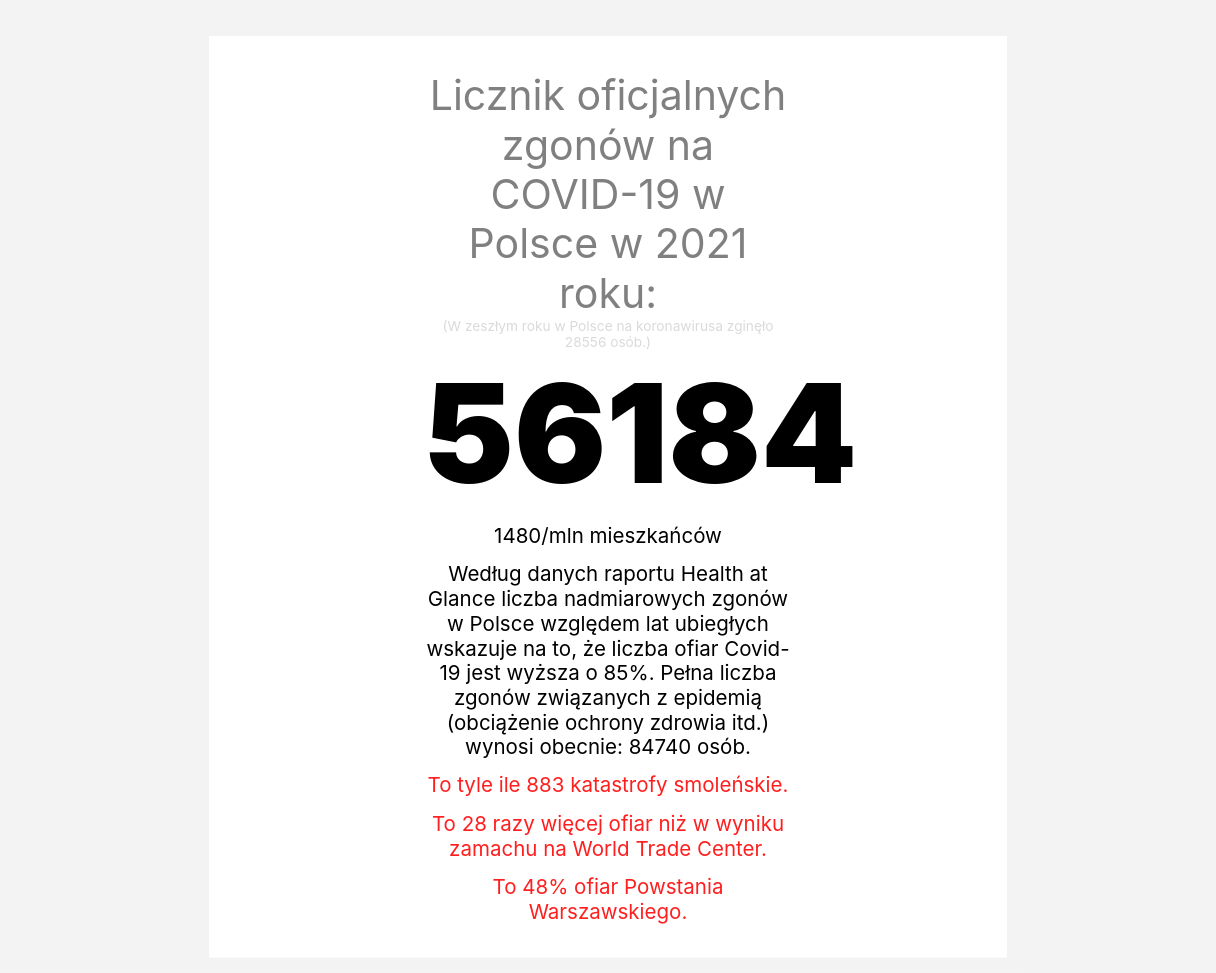
Repository: michalgornicki/poland-covid
Page: /
An editor plug-in stored every save of this project. The page is shown before and after a run of saves, followed by the edit.
The browser window is 1280 px wide. The pictures show the whole page, at 95% of full size.
The project was rebuilt for these pictures with package versions that can differ from the ones it lists, and the page was loaded fresh each time.

Above is the page before, as saved 2021-12-04 21:11:57.

### src/App.jsx
import React, { useEffect } from "react";
import "./App.css";

function App() {
  const startTime = () => {
    const date = new Date();
    let miliseconds = date.getTime();
    let seconds = Math.round(miliseconds / 1000);
    let thisYearSeconds = Math.round(seconds - 1609401600);
    let deaths = Math.round(thisYearSeconds * 0.00192110763);
    let allDeaths = deaths + 28556;
    let excessDeaths = allDeaths*1.85;
    let smolensk = Math.round(allDeaths / 96);
    let tradeCenter = Math.round(allDeaths / 2977);
    let uprising = (allDeaths / 175000).toFixed(2) * 100;


    document.getElementsByClassName("counter")[0].innerHTML = deaths;
    let deathsPerMillion = Math.round(deaths / 37.95);
    document.getElementsByClassName("counter-2")[0].innerHTML =
      deathsPerMillion + "/mln mieszkańców";
    document.getElementsByClassName("counter-3")[0].innerHTML =
      "Łącznie na Covid-19 zginęło w Polsce już " + (deaths + 28556) + " osób.";
      document.getElementsByClassName("counter-3")[0].innerHTML =
      "Według danych raportu Health at Glance liczba nadmiarowych zgonów w Polsce względem lat ubiegłych wskazuje na to, że liczba ofiar Covid-19 jest wyższa o 85%. Pełna liczba zgonów związanych z epidemią (obciążenie ochrony zdrowia itd.) wynosi obecnie: " + (deaths + 28556) + " osób.";
    document.getElementsByClassName("counter-4")[0].innerHTML =
      "To tyle ile " + smolensk + " katastrofy smoleńskie.";
      document.getElementsByClassName("counter-4")[1].innerHTML =
      "To " + tradeCenter + " razy więcej ofiar niż w wyniku zamachu na World Trade Center.";
      document.getElementsByClassName("counter-4")[2].innerHTML =
      "To " + uprising + "% ofiar Powstania Warszawskiego.";

    setTimeout(startTime, 1000);
  };

  useEffect(() => {
    startTime();
  });

  return (
    <p>
      <div className="text-container">
        <div className="header">
          Licznik oficjalnych zgonów na COVID-19 w Polsce w 2021 roku:
        </div>
        <div className="header-2">
          (W zeszłym roku w Polsce na koronawirusa zginęło 28556 osób.)
        </div>
        <div className="counter">{""}</div>
        <div className="counter-2">{""}</div>
        <div className="counter-3"></div>
        <div className="counter-4"></div>
        <div className="counter-4"></div>
        <div className="counter-4"></div>
      </div>
    </p>
  );
}

export default App;

### src/App.css
body{
    background-color: rgb(243, 243, 243);
}

.text-container{
    display: block;
    margin: auto;
    margin-top: 3%;
    background-color: white;
    width: 60%;
    padding: 5vmin;
}

.header{
    font-size: 6vmin;
    display: block;
    margin: auto;
    width: 50%;
    text-align: center;
    color: gray;
}

.header-2{
    font-size: 2vmin;
    display: block;
    margin: auto;
    width: 50%;
    text-align: center;
    color: rgb(218, 218, 218);
}

.counter{
    font-size: 20vmin;
    font-weight: 900;
    display: block;
    margin: auto;
    width: 50%;
    text-align: center;
    color: rgb(0, 0, 0);
}

.counter-2{
    font-size: 3vmin;
    display: block;
    margin: auto;
    margin-top: 1vmin;
    width: 50%;
    text-align: center;
}

.counter-3{
    font-size: 3vmin;
    display: block;
    margin: auto;
    margin-top: 2vmin;
    width: 50%;
    text-align: center;
    color: rgb(0, 0, 0);
}

.counter-4{
    font-size: 3vmin;
    display: block;
    margin: auto;
    margin-top: 2vmin;
    width: 50%;
    text-align: center;
    color: rgb(255, 31, 31);
}

@media only screen and (max-width: 800px) {

    .text-container{
        display: block;
        margin: auto;
        margin-top: 3%;
        background-color: white;
        width: 90%;
        padding: 5vmin;
    }

    .header{
        font-size: 9vmin;
        display: block;
        margin: auto;
        width: 100%;
        text-align: center;
        color: gray;
    }

    .header-2{
        font-size: 5vmin;
        display: block;
        margin: auto;
        width: 100%;
        text-align: center;
        color: rgb(218, 218, 218);
    }

    .counter{
        font-size: 28vmin;
        font-weight: 900;
        display: block;
        margin: auto;
        width: fit-content;
        text-align: center;
        color: rgb(0, 0, 0);
    }

    .counter-2{
        font-size: 6vmin;
        display: block;
        margin: auto;
        margin-top: 1vmin;
        width: fit-content;
        text-align: center;
    }

    .counter-3{
        font-size: 6vmin;
        display: block;
        margin: auto;
        margin-top: 2vmin;
        width: fit-content;
        text-align: center;
        color: rgb(0, 0, 0);
    }

    .counter-4{
        font-size: 6vmin;
        display: block;
        margin: auto;
        margin-top: 10vmin;
        width: fit-content;
        text-align: center;
        color: rgb(255, 31, 31);
    }
}

Loaded but not shown: public/index.html (common file); src/index.js (common file); src/index.css (common file); src/reportWebVitals.js (common file)

After the next 2 saves:
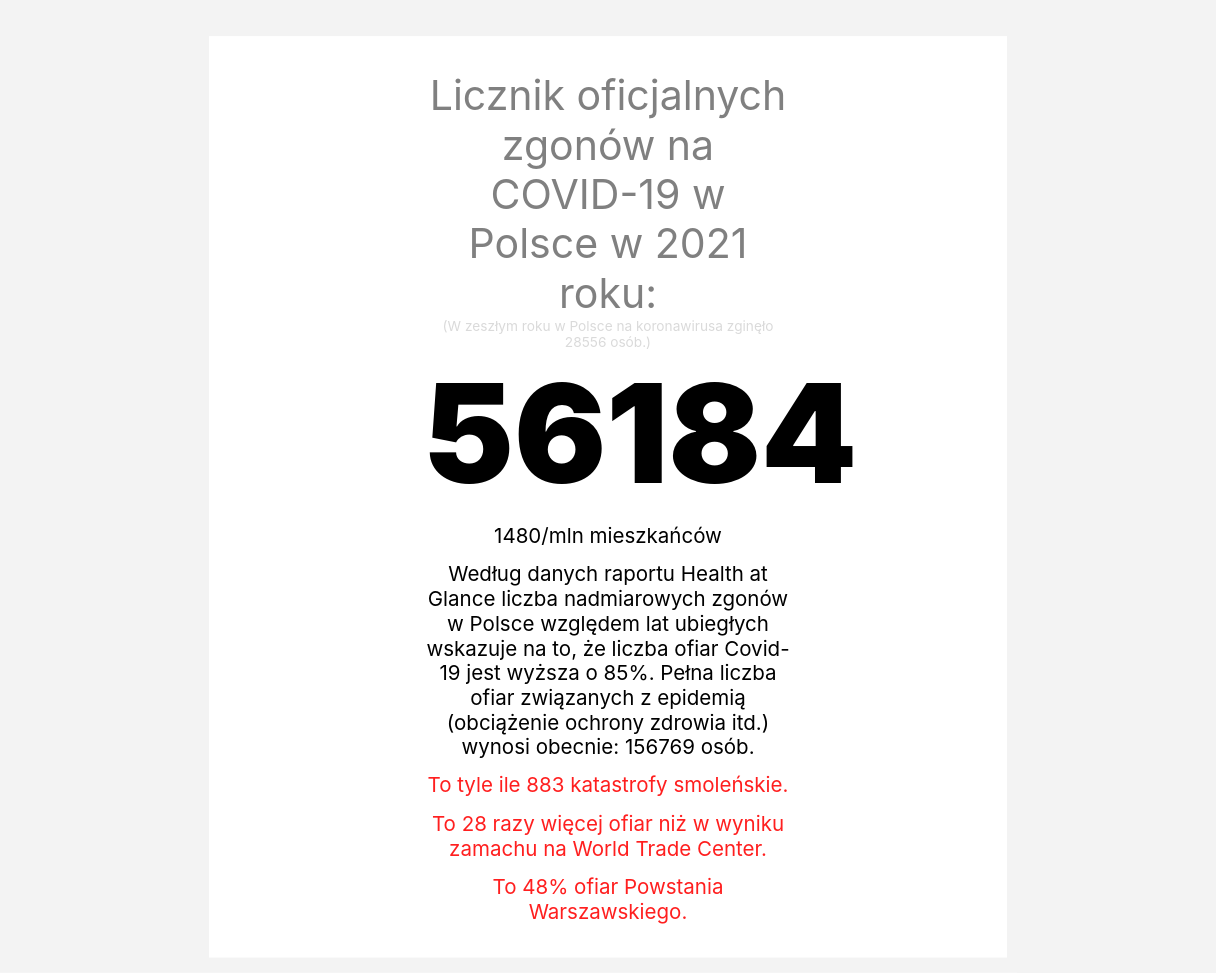
The 2 saves are shown as one change because they came seconds apart.
The last was saved 12 s later.
--- a/src/App.jsx
+++ b/src/App.jsx
@@ -22,7 +22,7 @@ function App() {
     document.getElementsByClassName("counter-3")[0].innerHTML =
       "Łącznie na Covid-19 zginęło w Polsce już " + (deaths + 28556) + " osób.";
       document.getElementsByClassName("counter-3")[0].innerHTML =
-      "Według danych raportu Health at Glance liczba nadmiarowych zgonów w Polsce względem lat ubiegłych wskazuje na to, że liczba ofiar Covid-19 jest wyższa o 85%. Pełna liczba zgonów związanych z epidemią (obciążenie ochrony zdrowia itd.) wynosi obecnie: " + (deaths + 28556) + " osób.";
+      "Według danych raportu Health at Glance liczba nadmiarowych zgonów w Polsce względem lat ubiegłych wskazuje na to, że liczba ofiar Covid-19 jest wyższa o 85%. Pełna liczba ofiar związanych z epidemią (obciążenie ochrony zdrowia itd.) wynosi obecnie: " + (excessDeaths) + " osób.";
     document.getElementsByClassName("counter-4")[0].innerHTML =
       "To tyle ile " + smolensk + " katastrofy smoleńskie.";
       document.getElementsByClassName("counter-4")[1].innerHTML =
